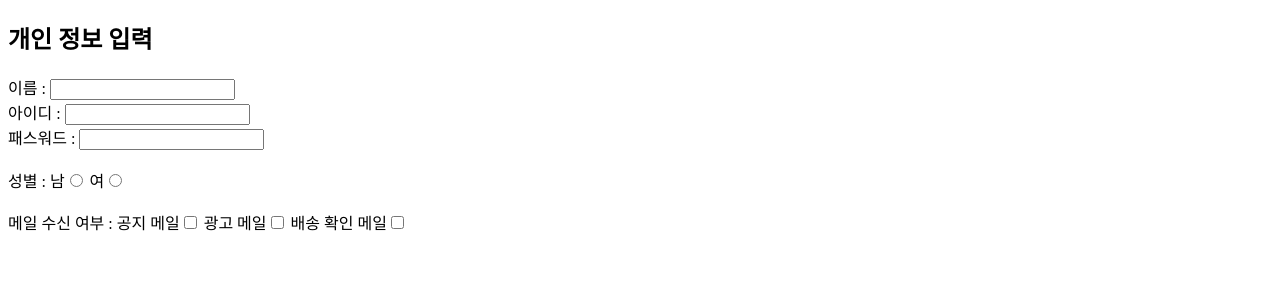
Repository: sunnny10/web-workspace
Page: Lecture-Web/src/main/webapp/HW/PInfoInput.html
The author's editor kept a copy of each file at every save. The page is drawn from the files as they stood at one save, then again after the next save.
The browser window is 1280 px wide. The pictures show the whole page.

Above is the page before, as saved 2022-06-02 10:00:37.

### Lecture-Web/src/main/webapp/HW/PInfoInput.html
<!DOCTYPE html>
<html>
<head>
<meta charset="UTF-8">
<title>개인 정보 입력</title>
</head>
<body>
	<div>
		<h2>개인 정보 입력</h2>
		<form action="">
			이름 : <input type="text" name="name"><br>
			아이디 : <input type="text" name="id"><br>
			패스워드 : <input type="password" name="passwd"><br><br>
			성별 :
			남<input type="radio" name="gender" value="male">
			여<input type="radio" name="gender" value="female"><br><br>
			메일 수신 여부 :
			공지 메일<input type="checkbox" name="receiveCk" value="notice">
			광고 메일<input type="checkbox" name="receiveCk" value="advertise">
			배송 확인 메일<input type="checkbox" name="receiveCk" value="delivery">

		</form>
	</div>
</body>
</html>

After the next save:
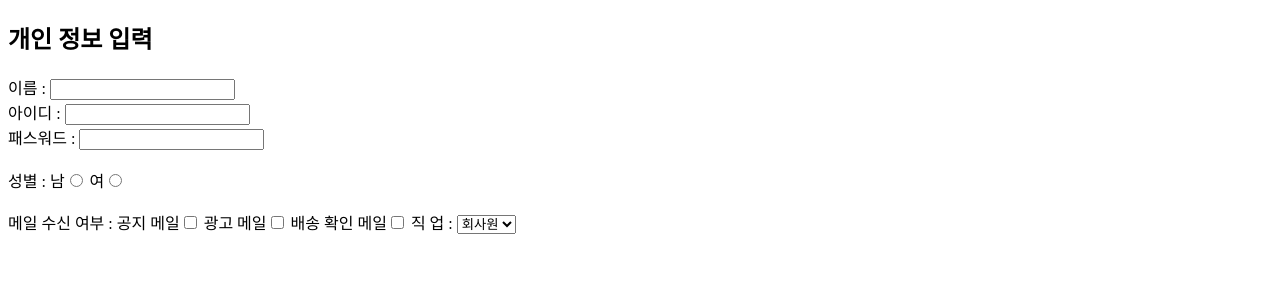
Saved 3 min 6 s later.
--- a/Lecture-Web/src/main/webapp/HW/PInfoInput.html
+++ b/Lecture-Web/src/main/webapp/HW/PInfoInput.html
@@ -18,6 +18,13 @@
 			공지 메일<input type="checkbox" name="receiveCk" value="notice">
 			광고 메일<input type="checkbox" name="receiveCk" value="advertise">
 			배송 확인 메일<input type="checkbox" name="receiveCk" value="delivery">
+			<label>직 업 :
+		    <select name="job">
+			    <option value="business">회사원</option>
+			    <option value="student">학생</option>
+			    <option value="etc">기타</option>
+		    </select>
+		  	</label><br>
 
 		</form>
 	</div>
